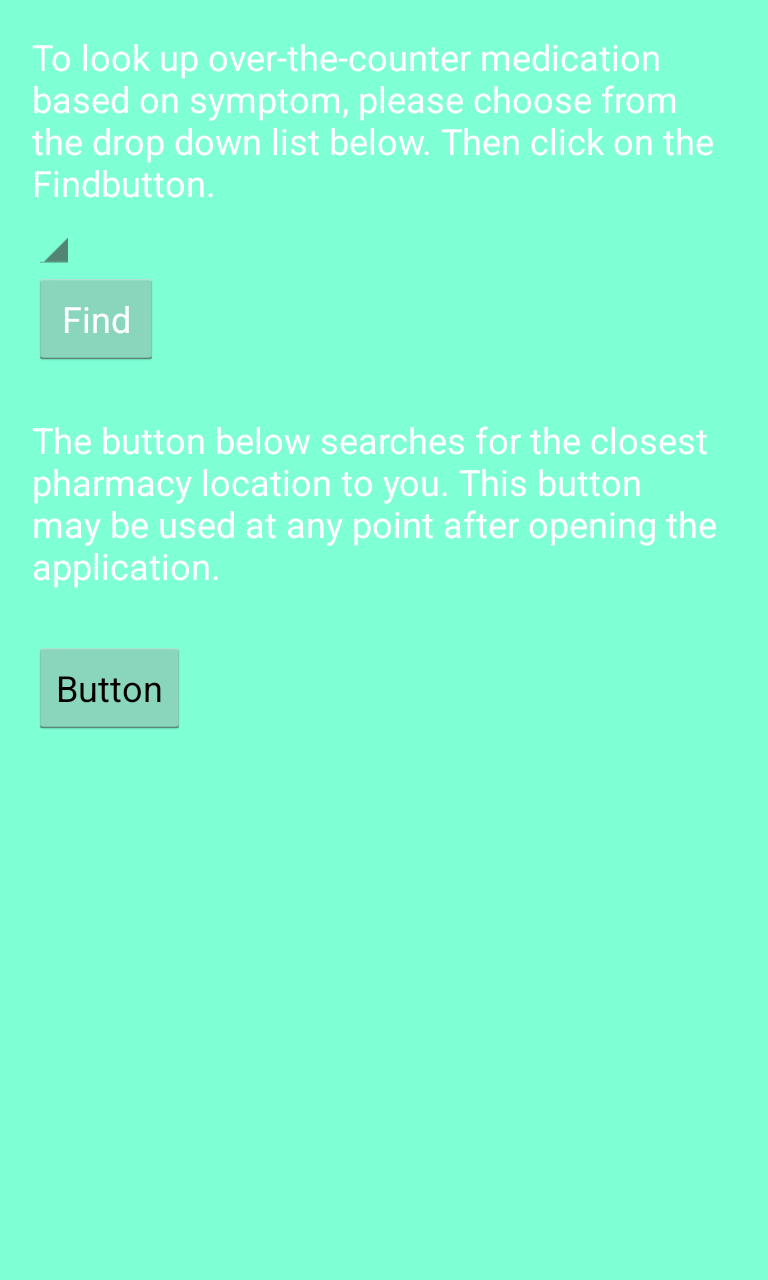
Repository: rosingrr/SympMeds
Layout: app/SympMeds/res/layout/activity_symptom_list.xml
These files come from the project's save history. The layout is drawn as it stood at one moment and after the next save; the edit follows.
It is drawn on a 768 x 1280 px phone screen (xhdpi) without system bars, with theme AppTheme; the app's code is not run.

Above is the layout before, as saved 2013-08-02 13:40:59.

After the next save:
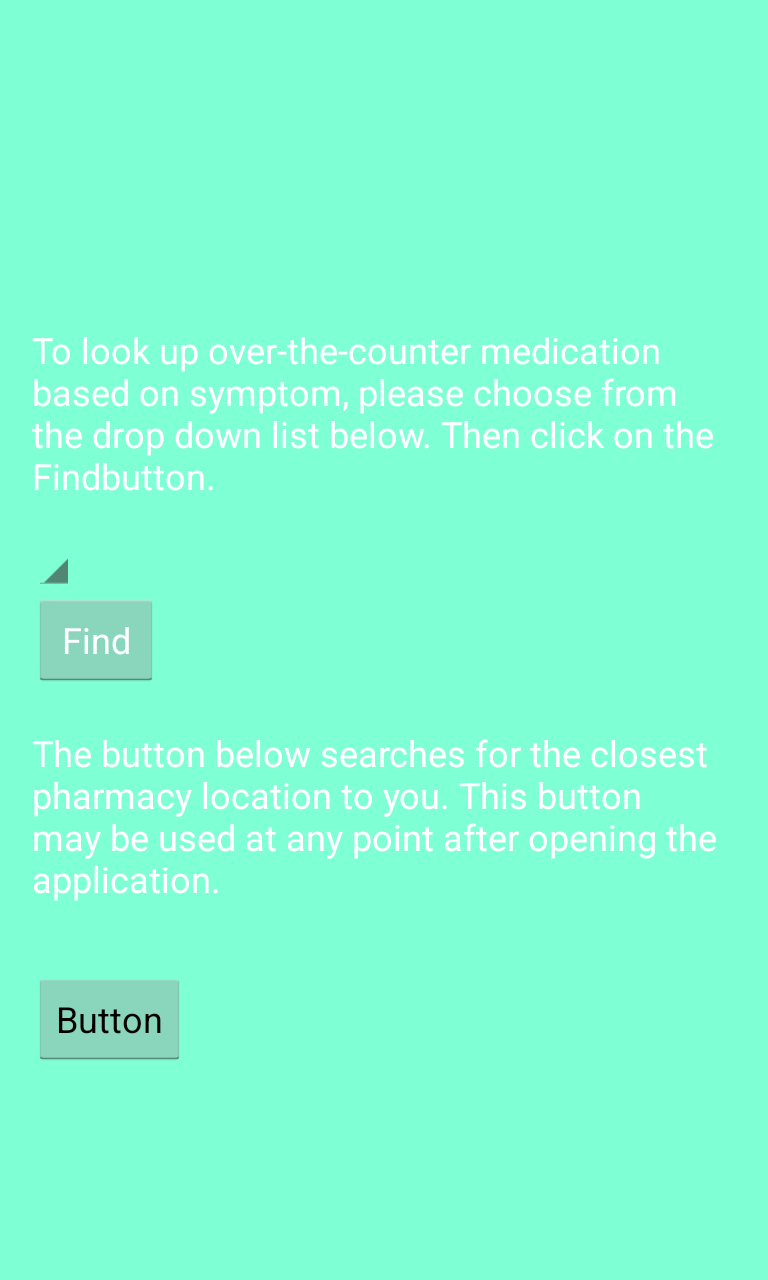
Saved 77 s later.
--- a/app/SympMeds/res/layout/activity_symptom_list.xml
+++ b/app/SympMeds/res/layout/activity_symptom_list.xml
@@ -9,31 +9,31 @@
     android:paddingTop="@dimen/activity_vertical_margin"
     tools:context=".SymptomList" >
 
-    <TextView
-        android:id="@+id/sympInstr_textView"
+    <Button
+        android:id="@+id/button1"
         android:layout_width="wrap_content"
         android:layout_height="wrap_content"
-        android:layout_alignParentLeft="true"
-        android:text="@string/symptom_instructions"
-        android:textColor="@color/white"
-        android:textSize="18" />
+        android:layout_alignLeft="@+id/TextView01"
+        android:layout_below="@+id/TextView01"
+        android:layout_marginTop="34dp"
+        android:text="Button" />
+
+    <Button
+        android:id="@+id/search_button"
+        android:layout_width="wrap_content"
+        android:layout_height="wrap_content"
+        android:layout_alignLeft="@+id/symptom_spinner"
+        android:layout_centerVertical="true"
+        android:onClick="search"
+        android:text="@string/search"
+        android:textColor="@color/white" />
 
     <Spinner
         android:id="@+id/symptom_spinner"
         android:layout_width="wrap_content"
         android:layout_height="wrap_content"
-        android:layout_alignParentLeft="true"
-        android:layout_below="@+id/sympInstr_textView" />
-
-    <Button
-        android:id="@+id/search_button"
-        android:layout_width="wrap_content"
-        android:layout_height="wrap_content"
-        android:layout_alignParentLeft="true"
-        android:layout_below="@+id/symptom_spinner"
-        android:onClick="search"
-        android:text="@string/search"
-        android:textColor="@color/white" />
+        android:layout_above="@+id/search_button"
+        android:layout_alignLeft="@+id/sympInstr_textView" />
 
     <TextView
         android:id="@+id/TextView01"
@@ -41,18 +41,20 @@
         android:layout_height="wrap_content"
         android:layout_alignLeft="@+id/search_button"
         android:layout_below="@+id/search_button"
-        android:layout_marginTop="24dp"
+        android:layout_marginTop="20dp"
         android:text="@string/symptom_instructions1"
         android:textColor="@color/white"
         android:textSize="18" />
 
-    <Button
-        android:id="@+id/button1"
+    <TextView
+        android:id="@+id/sympInstr_textView"
         android:layout_width="wrap_content"
         android:layout_height="wrap_content"
-        android:layout_alignLeft="@+id/TextView01"
-        android:layout_below="@+id/TextView01"
-        android:layout_marginTop="25dp"
-        android:text="Button" />
+        android:layout_above="@+id/symptom_spinner"
+        android:layout_centerHorizontal="true"
+        android:layout_marginBottom="14dp"
+        android:text="@string/symptom_instructions"
+        android:textColor="@color/white"
+        android:textSize="18" />
 
 </RelativeLayout>
